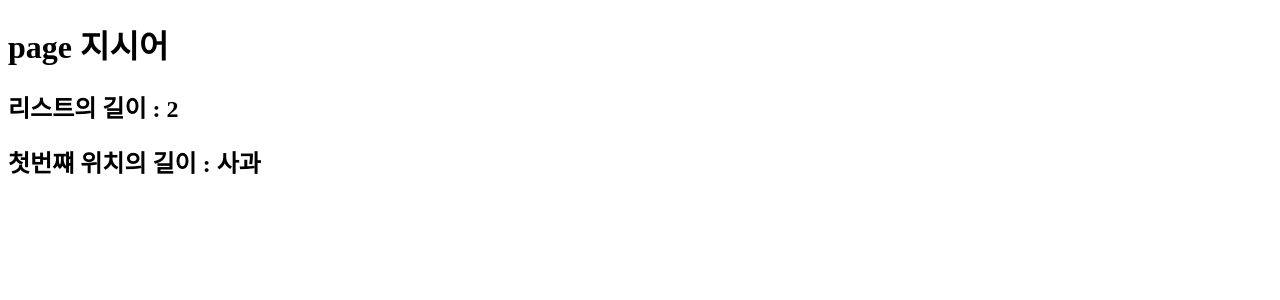
Repository: kkh1396/kh_front
Page: http://localhost/2_jsp/views/1_Basic/3_directivePage.jsp
An editor plug-in stored every save of this project. The page is shown before and after the next save, followed by the edit.
The browser window is 1280 px wide. The pictures show the whole page.
The page is served by Tomcat 9. Other server files are loaded and not shown.

Above is the page before, as saved 2025-03-20 02:18:26.

### 05_server/2_jsp/src/main/webapp/views/1_Basic/3_directivePage.jsp
<%@ page language="java" contentType="text/html; charset=UTF-8"
    pageEncoding="UTF-8"%> <%--import="java.util.ArrayList" --%>
<%@ page import="java.util.ArrayList" %>

<!DOCTYPE html>
<html>
<head>
<meta charset="UTF-8">
<title>JSP - page 지시어</title>
</head>
<body>
       <h1>page 지시어</h1>

       <%
          ArrayList<String> list = new ArrayList<>();
       	  list.add("사과");
       	  list.add("딸기");
       %>

       <h2>리스트의 길이 : <%= list.size() %></h2>
       <h2>첫번쨰 위치의 길이 : <%= list.get(0) %></h2>
</body>
</html>

After the next save:
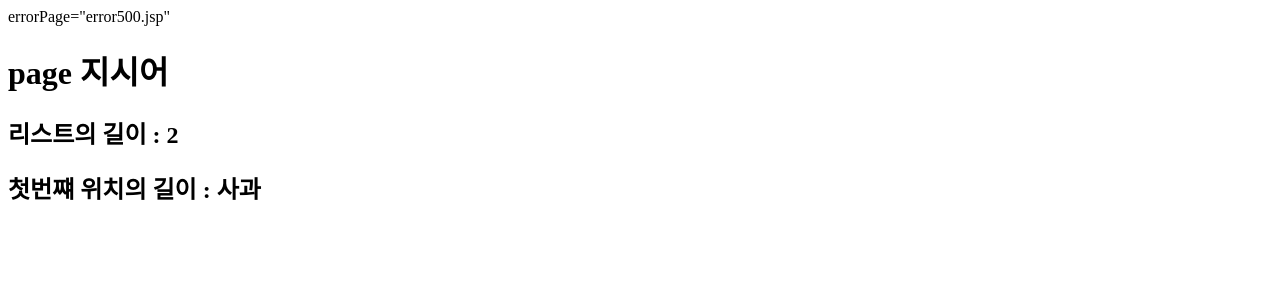
Saved 22 s later.
--- a/05_server/2_jsp/src/main/webapp/views/1_Basic/3_directivePage.jsp
+++ b/05_server/2_jsp/src/main/webapp/views/1_Basic/3_directivePage.jsp
@@ -1,5 +1,6 @@
 <%@ page language="java" contentType="text/html; charset=UTF-8"
-    pageEncoding="UTF-8"%> <%--import="java.util.ArrayList" --%>
+    pageEncoding="UTF-8"%> errorPage="error500.jsp"
+    <%--import="java.util.ArrayList" --%>
 <%@ page import="java.util.ArrayList" %>
 
 <!DOCTYPE html>

After the save that followed:
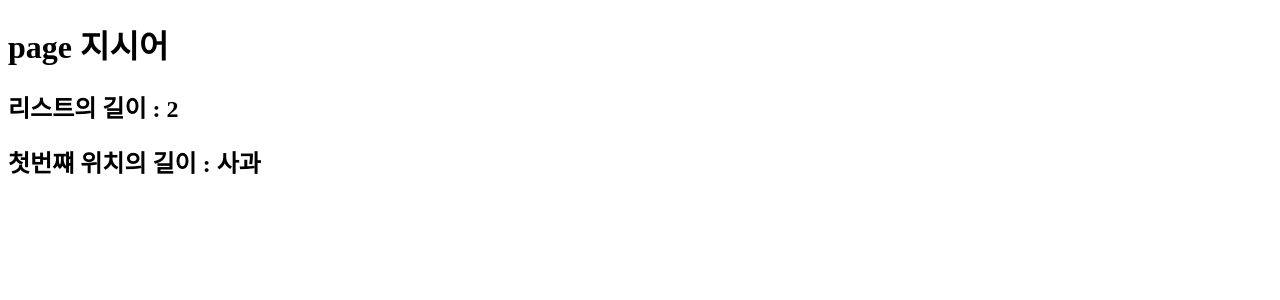
Saved 18 s later.
--- a/05_server/2_jsp/src/main/webapp/views/1_Basic/3_directivePage.jsp
+++ b/05_server/2_jsp/src/main/webapp/views/1_Basic/3_directivePage.jsp
@@ -1,5 +1,5 @@
 <%@ page language="java" contentType="text/html; charset=UTF-8"
-    pageEncoding="UTF-8"%> errorPage="error500.jsp"
+    pageEncoding="UTF-8" errorPage="error500.jsp" %>
     <%--import="java.util.ArrayList" --%>
 <%@ page import="java.util.ArrayList" %>
 
